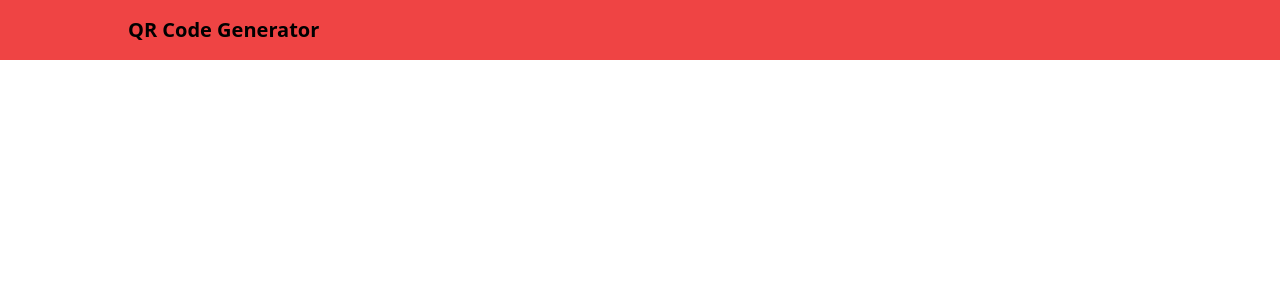
Repository: Ellisvelandia/QR-generator
Page: index.html
An editor plug-in stored every save of this project. The page is shown before and after the next save, followed by the edit.
The browser window is 1280 px wide. The pictures show the whole page.
Some web libraries are served in a nearby version.

Above is the page before, as saved 2022-08-21 20:39:22.

After the next save:
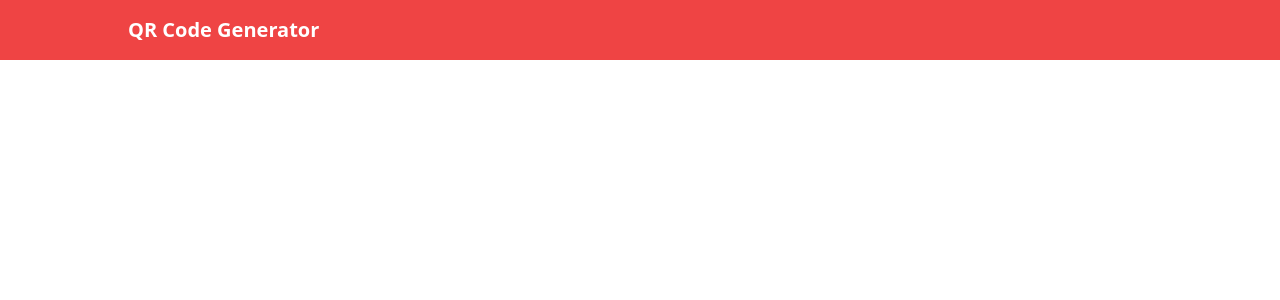
Saved 5 s later.
--- a/index.html
+++ b/index.html
@@ -30,7 +30,7 @@
   <body>
 <header class="bg-red-500 p-4 mb-10">
   <div class="max-w-5xl m-auto">
-    <div class="text-xl font-bold text-">QR Code Generator</div>
+    <div class="text-xl font-bold text-white">QR Code Generator</div>
   </div>
 </header>
   </body>
